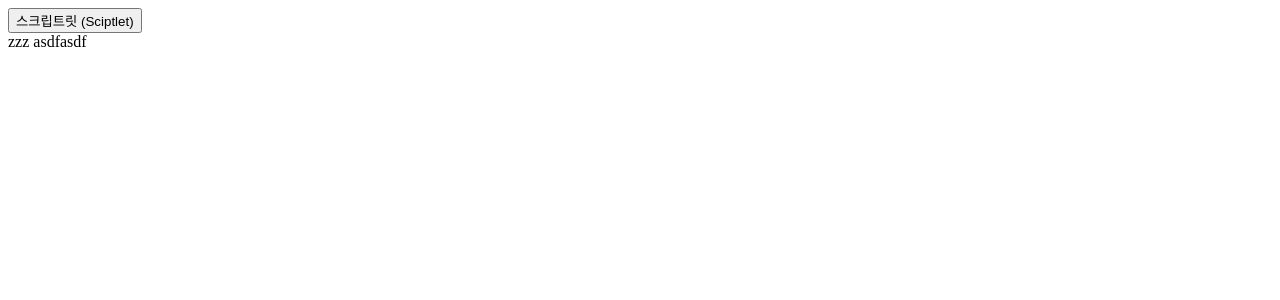
Repository: hyejux/JSP_STUDY
Page: http://localhost/JSPPractice2/
An editor plug-in stored every save of this project. The page is shown before and after the next save, followed by the edit.
The browser window is 1280 px wide. The pictures show the whole page.
The page is served by Tomcat 9.

Above is the page before, as saved 2025-01-07 14:50:35.

After the next save:
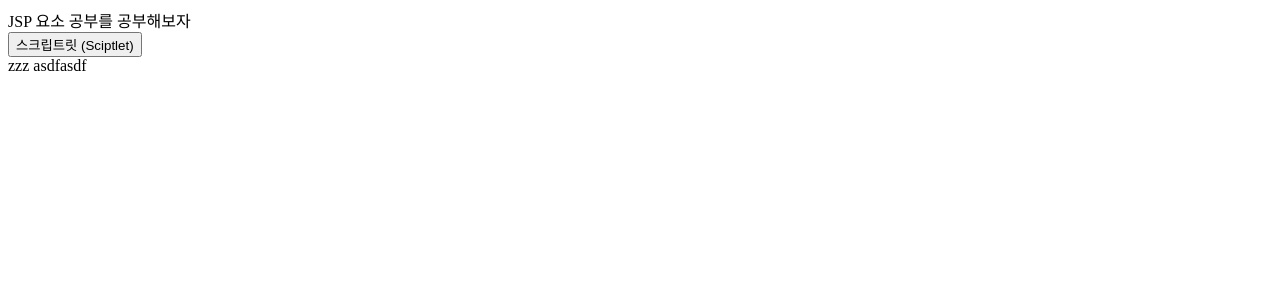
Saved 4 s later.
--- a/JSPPractice2/src/main/webapp/index.jsp
+++ b/JSPPractice2/src/main/webapp/index.jsp
@@ -8,6 +8,7 @@
 </head>
 <body>
 
+	<div> JSP 요소 공부를 공부해보자 </div>
 <button type="button" onclick = "location.href='JSP_ex1.jsp'"> 스크립트릿 (Sciptlet) </button>
 <div> </div>zzz asdfasdf
 </body>
